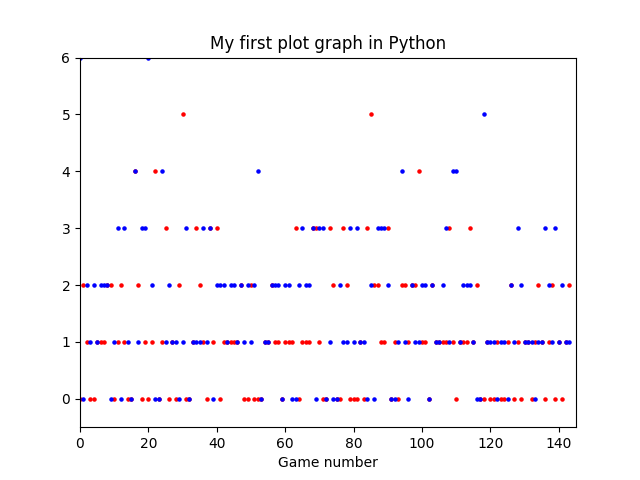
Repository: nelsonalexandrino/python_matplotlib_datavisualization_
Script's output: python LineAndScatterSplots.py
An editor plug-in stored every save of this project. The script's output is shown before and after the next save, followed by the edit.
Random numbers start from a fixed seed.

Above is the script's output before, as saved 2019-08-25 11:46:33.

### LineAndScatterSplots.py
import matplotlib.pyplot as pyplot

with open('Goals.txt', 'r') as file:
    HomeTeamGoals = [int(x) for x in file.readline().strip(
        '\n').strip(' ').split(' ')]
    AwayTeamGoals = [int(x) for x in file.readline().strip(
        '\n').strip(' ').split(' ')]

xAxis = []
for i in range(len(HomeTeamGoals)):
    xAxis.append(i)

#pyplot.plot(xAxis, AwayTeamGoals, c='red')
pyplot.scatter(xAxis, AwayTeamGoals, c='red', s=5)
pyplot.title('My first plot graph in Python')
pyplot.scatter(xAxis, HomeTeamGoals, c='blue', s=5)
pyplot.xlim(0, 145)
pyplot.ylim(-0.5, 6)
pyplot.xlabel('Game number')
pyplot.show()

### Goals.txt
6 0 2 1 2 1 2 2 2 0 1 3 0 3 1 0 4 1 3 3 6 2 0 0 4 1 2 1 1 0 1 3 0 1 1 1 3 1 3 0 2 2 2 1 2 2 1 2 1 2 1 2 4 0 1 1 2 2 2 0 2 2 0 0 2 3 2 2 3 0 3 3 0 1 0 0 2 1 1 3 1 3 1 1 0 2 0 3 3 3 2 0 0 1 4 1 0 2 1 1 2 2 0 2 1 1 2 3 1 4 4 1 2 2 2 1 0 0 5 1 1 1 0 1 1 0 2 1 3 2 1 1 1 0 1 1 3 2 1 3 1 2 1 1
0 2 1 0 0 1 1 1 2 2 0 1 2 1 0 0 4 2 0 1 0 1 4 0 1 3 0 1 0 2 5 0 0 1 3 2 1 0 3 1 3 0 1 1 1 1 1 2 0 0 2 0 0 0 1 1 2 1 1 0 1 1 1 3 0 1 1 1 3 3 1 0 0 3 2 0 0 3 2 0 0 0 1 0 3 5 2 2 1 1 3 0 1 0 2 2 1 2 2 4 1 1 0 2 1 1 1 1 3 1 0 1 1 1 3 1 2 0 0 1 0 0 1 0 0 1 2 0 1 0 1 1 0 1 2 1 0 1 2 0 1 0 1 2

After the next save:
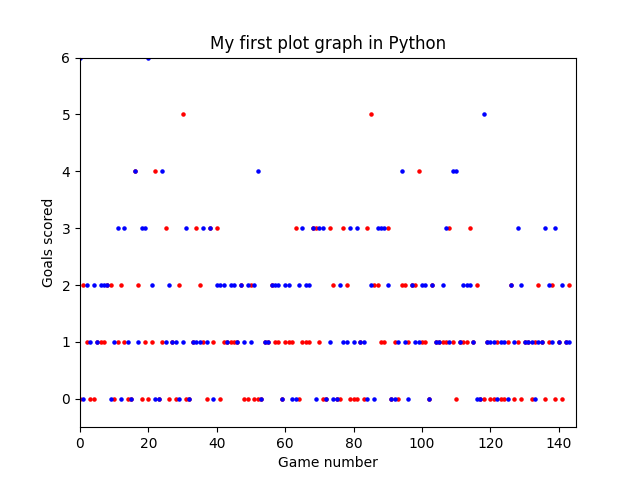
Saved 15 s later.
--- a/LineAndScatterSplots.py
+++ b/LineAndScatterSplots.py
@@ -17,4 +17,5 @@ pyplot.scatter(xAxis, HomeTeamGoals, c='blue', s=5)
 pyplot.xlim(0, 145)
 pyplot.ylim(-0.5, 6)
 pyplot.xlabel('Game number')
+pyplot.ylabel('Goals scored')
 pyplot.show()
